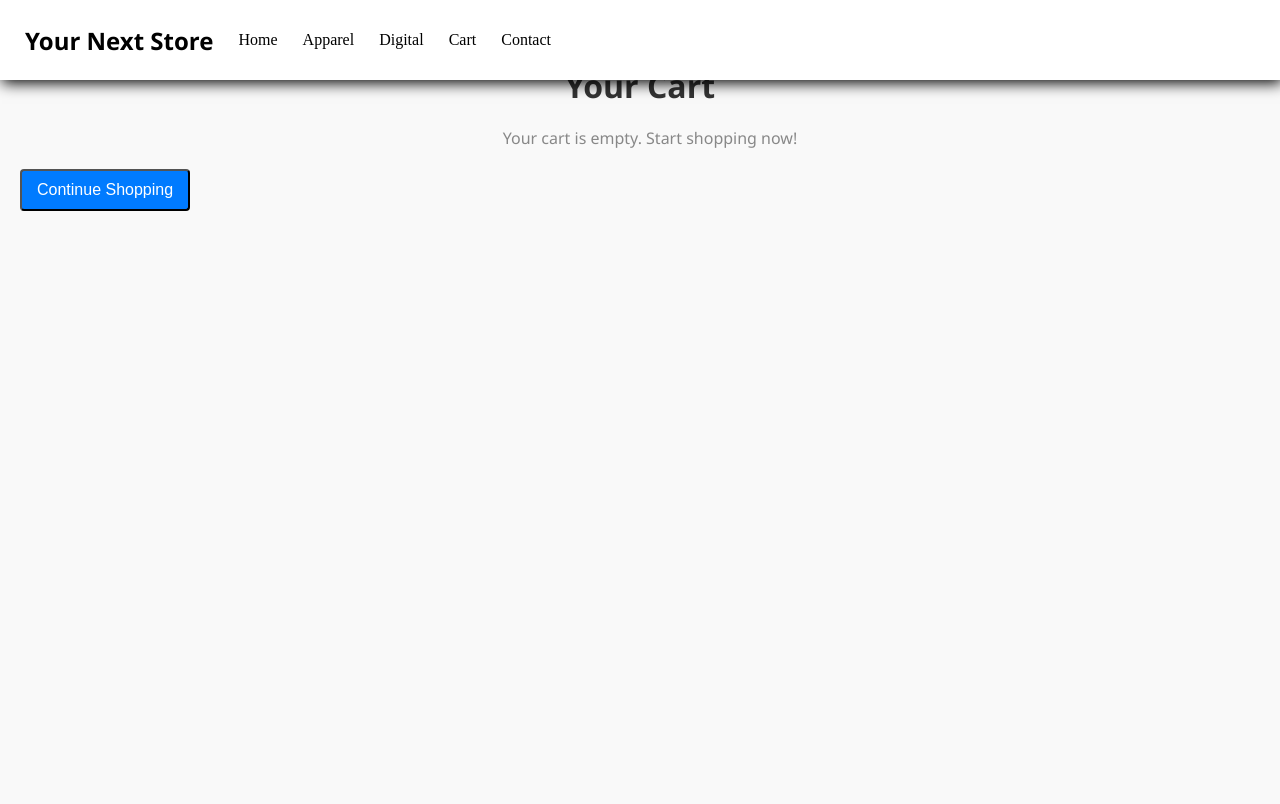
Repository: Sharathguru/React_Project1
Page: /cart
An editor plug-in stored every save of this project. The page is shown before and after the next save, followed by the edit.
The browser window is 1280 px wide. The pictures show the whole page.
The project was rebuilt for these pictures with package versions that can differ from the ones it lists, and the page was loaded fresh each time. Also part of the build but not shown: vite.config.js, src/Component/Main/Main1.jsx, src/Component/Main/Cloud.jsx, src/Component/Home.jsx, src/Component/NavbarComponent/Apparel.jsx, src/Component/NavbarComponent/Digital.jsx, src/Component/Contact.jsx, src/Component/Main/Signup.jsx and 3 more.

Above is the page before, as saved 2025-01-17 10:45:32.

### src/main.jsx
import { StrictMode } from 'react'
import { createRoot } from 'react-dom/client'

import App from './App.jsx'


createRoot(document.getElementById('root')).render(

  <App></App>

)

### src/App.jsx
import React, { useState } from 'react';
import { createBrowserRouter, RouterProvider } from 'react-router-dom';
import Home from './Component/Home';
import Apparel from './Component/NavbarComponent/Apparel';
import Digital from './Component/NavbarComponent/Digital';
import Contact from './Component/Contact';
import Signup from './Component/Main/Signup';
import LoginPage from './Component/Main/LoginPage';
import Cart from './Component/NavbarComponent/Cart';

import './App.css';
import Terms from './Component/Main/Terms';

const App = () => {
  const [cartItems, setCartItems] = useState([]);

  const router = createBrowserRouter([
    {
      path: "/",
      element: <Signup />,
      children: [
        {
          path: "/terms",
          element: <Terms />,
        },
      ],
    },
    {
      path: "/login",
      element: <LoginPage />,
    },
    {
      path: "/home",
      element: <Home />,
    },
    {
      path: "/apparel",
      element: <Apparel cartItems={cartItems} setCartItems={setCartItems} />,
    },
    {
      path: "/digital",
      element: <Digital />,
    },
    {
      path: "/cart",
      element: <Cart cartItems={cartItems} setCartItems={setCartItems} />,
    },
    {
      path: "/contact",
      element: <Contact />,
    },
  ]);

  return (
    <div>
      <RouterProvider router={router} />
    </div>
  );
};

export default App;

### src/Component/NavbarComponent/Cart.jsx
import React, { useState } from "react";
import { Link } from "react-router-dom";

const Cart = ({ cartItems, setCartItems }) => {
  const handleRemoveFromCart = (productId) => {
    const updatedCart = cartItems.filter((item) => item.id !== productId);
    setCartItems(updatedCart);
  };

  const handleIncreaseQuantity = (productId) => {
    const updatedCart = cartItems.map((item) =>
      item.id === productId ? { ...item, quantity: item.quantity + 1 } : item
    );
    setCartItems(updatedCart);
  };

  const handleDecreaseQuantity = (productId) => {
    const updatedCart = cartItems.map((item) =>
      item.id === productId && item.quantity > 1
        ? { ...item, quantity: item.quantity - 1 }
        : item
    );
    setCartItems(updatedCart);
  };

  return (
    <div>
      <div id="navbar">
        <nav id="navbar-items">
          <div id="navbar-title">
            <h1>Your Next Store</h1>
          </div>
          <Link className="link" to="/home">Home</Link>
          <Link className="link" to="/Apparel">Apparel</Link>
          <Link className="link" to="/digital">Digital</Link>
          <Link className="link" to="/cart">Cart</Link>
          <Link className="link" to="/contact">Contact</Link>
        </nav>
      </div>
    <div>
      <div>
        <h4>Item</h4>
      </div>
      <div>
        <h4>Price</h4>
        <h4></h4>
      </div>
    </div>
      <div id="cart-content">
        <h1>Your Cart</h1>
        {cartItems && cartItems.length > 0 ? (
          cartItems.map((item) => (
            <div key={item.id} className="cart-item">
              <img src={item.img} alt={item.name} className="cart-item-image" />
              <div className="cart-item-details">
                <h2>{item.name}</h2>
                <p>Price: {item.price}</p>
                <div>
                  <input type="button" value="-" />
                  <input type="button" value="Add" />

                </div>
                <button
                  className="remove-button"
                  onClick={() => handleRemoveFromCart(item.id)}
                >
                  Remove
                </button>
              </div>
            </div>
          ))
        ) : (
          <p>Your cart is empty. Start shopping now!</p>
        )}
        <Link to="/Apparel">
          <button className="continue-shopping-button">Continue Shopping</button>
        </Link>
      </div>
    </div>
  );
};

export default Cart;

### src/App.css
* {
  margin: 0;
  padding: 0;
}
body
{
    font-family: 'Segoe UI', Tahoma, Geneva, Verdana, sans-serif;
}
#navbar {
    width: 100vw;
    height: 80px;
    background: white;
    box-shadow: 2px 3px 14px black;
    display: flex;
    align-items: center;
    justify-content: space-between;
    position: fixed; /* Change from static to fixed */
    top: 0; /* Ensure it sticks to the top of the viewport */
    z-index: 1000; /* Add z-index to make sure it appears above other content */

  }

#navbar-title h1
{
/* padding-bottom: 10px; */
font-weight: 700;
}

#navbar-items {

  width: 45%;
  display: flex;
  justify-content: space-evenly;
  align-items: center;
}


.link {
  text-decoration: none;
  color: black;
  font-size: 16px;
  font-family: "Times New Roman", Times, serif;
}

.link:hover {
  background: linear-gradient(45deg, black, rgb(232, 145, 4));
  -webkit-background-clip: text;
  background-clip: text;
  color: transparent;
}

#navbar-search {
    margin-right: 25px;
  flex-grow: 1;
  display: flex;
  justify-content: flex-end;
  padding-right: 10px;
  align-items: center;
}

#navbar-search input {
  width: 180px;
  height: 30px;
  border: 1px solid #ccc;
  border-radius: 4px;
  padding: 0 10px;
  font-size: 14px;
}
#navbar-search input::placeholder
{
font-size: 12px;
}

#navbar-search i,
#navbar-search a {
  padding-left: 10px;
  font-size: 16px;
  color: #888;
  cursor: pointer;
  text-decoration: none;
}

#navbar-search a:hover {
  background: linear-gradient(45deg, black, rgb(232, 145, 4));
  -webkit-background-clip: text;
  background-clip: text;
  color: transparent;
}

#navbar-icon i {
  padding-right: 20px;
  font-size: 20px;
  cursor: pointer;
  display: none;
}

#navbar-icon i:hover {
  background: linear-gradient(45deg, black, rgb(232, 145, 4));
  -webkit-background-clip: text;
  background-clip: text;
  color: transparent;
}
#home-part1 {
    background-color: rgb(247, 244, 244);
    margin: 100px 0 0 40px; /* Add top margin to prevent overlapping */
    width: 94vw;
    height: 480px;
    position: relative; /* Change position to relative to avoid sticky conflicts */
    display: flex;
    justify-content: space-evenly;
    align-items: center;
}

#home-part1 p
{
    padding-top: 10px;
    color: rgb(83, 79, 80);
}
#home-part1 button
{
    margin-top: 15px;
    background: rgb(46, 48, 49);
    border: none;
    border-radius: 20px;
    width: 90px;
    height: 30px;
    color: white;
    font-weight: bold;
    cursor: pointer;
}

#home-part1-img img
{
    width: 300px;
}
#home-part2
{

    display: flex;
    justify-content: space-evenly;
    flex-wrap: wrap;
    row-gap: 70px;

}
#cloud {
    background-color: rgb(222, 219, 219);
    margin: 10px 0 10px 0px;
    width: 25.4%;
    height: 340px;
    position: relative;
    border-radius: 10px;

}
#cloud img
{
    /* margin-left: 20px; */
    position: relative;
    left: -30px;
    bottom: 10px;
    right: 85px;
    width: 395px;
    height: 350px;
}
#cloud img:hover
{
opacity: 0.5;
transform: translateY(-10px);
}
#home-part2 h1
{
    /* padding-left: 35px; */
    font-size: 25px;
}
#cloud p:first-child {
    padding-left: 80px;
    font-size: 20px;
}

#home-part2a
{
    margin: 20px 0 0 0;
    width: 94vw;
    display: flex;
    justify-content: space-around;

}
#cloud1 img
{
    width: 500px;
    border-radius: 10px;
}
#cloud1a img
{
    width: 500px;
    border-radius: 10px;
}
#para p
{
    margin-right: 20px;
}
#cloud1:hover , #cloud1a:hover {
    opacity: 0.7;
}



/* Outer container */
#border-down {
  margin-top: 20px;
  background-color: rgb(240, 240, 240);
  height: 220px;
  position: relative;
  width: 100%;
  display: flex; /* Flexbox for alignment */
  justify-content: space-between; /* Space between left and right sections */
  align-items: center;
  padding: 20px;
  box-sizing: border-box;
}

/* Left Section */
#details-product-left {
  display: flex;
  flex-direction: column;
  justify-content: center;
  align-items: flex-start;
}

#details-product-left h1 {
  font-size: 18px;
  margin-bottom: 10px;
}

#details-product-left input {
  padding: 8px;
  border: 1px solid #ccc;
  border-radius: 4px;
  margin-right: 10px;
}

#details-product-left button {
  background-color: #1a202c;
  color: #fff;
  border: none;
  padding: 8px 16px;
  border-radius: 4px;
  cursor: pointer;
}

/* Right Section */
#details-product-right {
  display: flex;
  justify-content: space-between;
  align-items: flex-start;
  gap: 50px; /* Space between Products and Support */
}

#details-Product,
#details-Product1 {
  text-align: left;
}

#details-Product h4,
#details-Product1 h4 {
  font-size: 16px;
  margin-bottom: 10px;
}

#details-Product a,
#details-Product1 a {
  text-decoration: none;
  color: #333;
  font-size: 14px;
}

#details-Product a:hover,
#details-Product1 a:hover {
  text-decoration: underline;
}

/* Outer container */
#border-down {
  margin-top: 20px;
  background-color: rgb(240, 240, 240);
  height: 250px;
  position: relative;
  width: 100%;
  display: flex;
  justify-content: space-between;
  align-items: center;
  padding: 20px;
  box-sizing: border-box;
}

/* Left Section */
#details-product-left {
  display: flex;
  flex-direction: column;
  justify-content: flex-start;
  align-items: flex-start;
  gap: 10px;
}

#details-product-left h1 {
  font-size: 18px;
  margin-bottom: 5px;
}

#details-product-left input {
  padding: 8px;
  border: 1px solid #ccc;
  border-radius: 4px;
  margin-right: 10px;
  width: 250px;
}

#details-product-left button {
  background-color: #1a202c;
  color: #fff;
  border: none;
  padding: 8px 16px;
  border-radius: 10px;
  cursor: pointer;
  margin-top: 10px;
}

/* Right Section */
#details-product-right {
  display: flex;
  justify-content: flex-end;
  align-items: flex-start;
  gap: 50px;
}

#details-Product,
#details-Product1 {
  text-align: left;
}

#details-Product h4,
#details-Product1 h4 {
  font-size: 16px;
  margin-bottom: 10px;
}

#details-Product a,
#details-Product1 a {
  text-decoration: none;
  color: #333;
  font-size: 14px;
}

#details-Product a:hover,
#details-Product1 a:hover {
  text-decoration: underline;
}

/* Footer Section */
#footer {
  /* text-align: center; */
  padding: 15px 0;
  font-size: 14px;
  color: #555;
  background-color: rgb(240, 240, 240);
  border-top: 1px solid #ddd;
}

#footer p {
  margin: 5px 0;
}
#Apparel-heading
{
  padding-top: 10px;
  padding-left: 30px;
}
#Apparel-heading h3
{
font-size: 1.5rem;
}
#Apparel-heading p
{
color: #888;
}

#Apparel-detail {
  margin-top: 20px;
  display: flex;
  justify-content: space-evenly;
  flex-wrap: wrap; /* Ensure items wrap on smaller screens */
  /* gap: 10px;  */
  column-gap: 10px;
  row-gap: 120px;
  width: 100%; /* Ensure container fits within the viewport */
}

.Apparel-items-box {
  margin: 0; /* Remove extra margin */
  border-radius: 10px;
  /* background-color: #9e2626; */
  width: 25%; /* Adjust as needed for layout */
  height: 340px;
  box-sizing: border-box;

}

.Apparel-item-all img {
  width: 315px; /* Scale image to fit its container */
  height: 339px; /* Ensure image stretches to container height */
 border-radius: 20px;
}

.Apparel-item-all img:hover
{
opacity: 0.5;
transform: translateY(-5px);
cursor: pointer;
}

.Apparel-item-all h1
{
 margin: 40px  0 0 0;
font-size: 1.3rem;
text-align: center;
}
.Apparel-item-all p
{
text-align: center;
}

/* Target the 10th Apparel-items-box */
.Apparel-items-box:nth-child(10) {
 margin-right: 63%;
}
#Digital-title h2,p
{
  padding-left: 20px;
}
#Digital-title p
{
color: #888;
}
#Digital-item
{
  display: flex;
  flex-wrap: wrap;
  justify-content: space-evenly;
}

.Digital-item-all
{
  margin: 30px 0 0 30px;

}
.Digital-item-all img
{
  border-radius: 10px;
  width: 370px;
  transform: translateY(-10px);
}
/* General Contact Form Styling */
#contact {
  margin: 40px auto;
  padding: 20px;
  max-width: 600px;
  border: 1px solid #ddd;
  border-radius: 8px;
  background-color: #f9f9f9;
}

#contact-item {
  text-align: center;
}

#contact-item h3 {
  font-size: 24px;
  color: #333;
  margin-bottom: 20px;
}

/* Contact Form Container */
#contact-item-all {
  display: flex;
  flex-direction: column;
  gap: 15px;
}

/* Input and Textarea Styling */
.item-all-contact label {
  font-size: 16px;
  color: #333;
  margin-bottom: 8px;
  text-align: left;
  display: block;
}

.item-all-contact input,
.item-all-contact textarea {
  padding: 10px;
  font-size: 16px;
  width: 100%;
  border: 1px solid #ccc;
  border-radius: 4px;
  margin-bottom: 10px;
  box-sizing: border-box;
}

.item-all-contact input:focus,
.item-all-contact textarea:focus {
  border-color: #6c757d;
  outline: none;
}

/* Button Styling */
button[type="submit"] {
  width: 200px;
  padding: 12px 20px;
  margin-left: 200px;
  font-size: 16px;
  color: #fff;
  background-color: #383534;
  border: none;
  border-radius: 10px;
  cursor: pointer;
  transition: background-color 0.3s ease;
}

button[type="submit"]:hover {
  background-color: #0056b3;
}

.buy-now-button {
  background-color: #ff5722;
  color: white;
  border: none;
  padding: 10px 15px;
  border-radius: 5px;
  font-size: 14px;
  cursor: pointer;
  transition: background-color 0.3s ease, transform 0.2s ease;
}

.buy-now-button:hover {
  background-color: #e64a19;
  transform: scale(1.05);
}

.buy-now-button:active {
  background-color: #d84315;
  transform: scale(1);
}

#already-login
{
 padding: 5px 0 0 60px;
  font-size: 0.43rem;
}
.Login-signup
{
  padding-left: 5px;
  text-decoration: none;
}

#Subscribe-group
{
  position: relative;
  top: 100px;
}


/* Cart Container */
#cart-content {
  padding: 20px;
  background-color: #f9f9f9;
  min-height: 100vh;
}

#cart-content h1 {
  text-align: center;
  font-size: 2rem;
  color: #333;
  margin-bottom: 20px;
}

.cart-item {
  display: flex;
  align-items: center;
  justify-content: space-between;
  background-color: #fff;
  padding: 20px;
  border-radius: 8px;
  margin-bottom: 15px;
  box-shadow: 0 2px 4px rgba(0, 0, 0, 0.1);
}

.cart-item img {
  width: 100px;
  height: 100px;
  /* object-fit: cover; */
  border-radius: 8px;
}

.cart-item-details {
  flex-grow: 1;
  margin-left: 20px;
}

.cart-item-details h2 {
  font-size: 1.2rem;
  color: #333;
}

.cart-item-details p {
  font-size: 1rem;
  color: #555;
}

.remove-button {
  background-color: #ff4d4d;
  color: white;
  border: none;
  padding: 10px 15px;
  cursor: pointer;
  border-radius: 4px;
  transition: background-color 0.3s ease;
}

.remove-button:hover {
  background-color: #e60000;
}

.continue-shopping-button {
  background-color: #007bff;
  color: white;
  padding: 10px 15px;
  text-decoration: none;
  border-radius: 4px;
  font-size: 1rem;
  margin-top: 20px;
  display: inline-block;
  text-align: center;
}

.continue-shopping-button:hover {
  background-color: #0056b3;
}

/* Empty Cart Message */
#cart-content p {
  text-align: center;
  font-size: 1rem;
  color: #888;
  margin-top: 20px;
}




/* Mobile view adjustments */
@media screen and (max-width: 500px) {
  #navbar-items {
    display: none; /* Hide the navbar items */
  }

  #navbar-search {
    display: none; /* Hide the search bar */
  }

  #navbar-icon i {
    display: block; /* Show the icon */
  }
}
@media (max-width: 768px) {
  #contact {
    padding: 15px;
  }

  #contact-item-all {
    gap: 10px;
  }

  button[type="submit"] {
    font-size: 14px;
    padding: 10px 16px;
  }
}

### src/Component/Main/Signup.css
* {
    padding: 0;
    margin: 0;
  }

  #signup-heading {
    width: 100vw;
    height: 100vh;
    border-radius: 20px;
    position: relative;
    display: flex;
    justify-content: space-evenly;
    align-items: center;
    background: linear-gradient(190deg, rgb(243, 235, 235), rgb(237, 147, 147));
    animation: fadeIn 1.5s ease-in-out;
  }
  #signup-details h1
  {
    margin-bottom: 20px;
    text-align: center;

  }
  .signup-group {
    position: relative;
    margin-bottom: 20px;
    animation: slideIn 1.2s ease-in-out;
    margin-left: 30px;
  }

  .signup-group i {
    margin-left: 10px;
    position: absolute;
    transform: translateY(70%);
    color: #555;
    transition: color 0.3s ease;
  }

  .signup-group input[type="text"],
  .signup-group input[type="email"],
  .signup-group input[type="password"] {
    width: 300px;
    padding: 10px 40px;
    border: 1px solid #ddd;
    border-radius: 5px;
    font-size: 16px;
    color: #555;
    outline: none;
    transition: all 0.3s ease;
    box-sizing: border-box;
  }

  .signup-group input[type="text"]:focus,
  .signup-group input[type="email"]:focus,
  .signup-group input[type="password"]:focus {
    border-color: #007bff;
    box-shadow: 0 0 5px rgba(0, 123, 255, 0.5);
  }

  .signup-group input[type="text"]:hover,
  .signup-group input[type="email"]:hover,
  .signup-group input[type="password"]:hover {
    background-color: #f9f9f9;
  }

  .signup-group input[type="text"]:focus + i,
  .signup-group input[type="email"]:focus + i,
  .signup-group input[type="password"]:focus + i {
    color: #007bff;
  }

  #signup-heading img {
    width: 400px;
    border-radius: 20px;
    animation: bounceIn 2s ease-in-out;
  }

  input[type="checkbox"] {

    cursor: pointer;

    margin: 25px 10px 0 0 ;

  }

  input[type="submit"] {
    width: 300px;
    padding: 10px;
    background: #007bff;
    color: #fff;
    border: none;
    border-radius: 5px;
    font-size: 16px;
    cursor: pointer;
    transition: background 0.3s ease;
    animation: zoomIn 1s ease-in-out;
    margin-left: 27px;
  }

  input[type="submit"]:hover {
    background: #0056b3;
  }

  span {
    font-size: 14px;
    color: #555;
  }
#checkbox:hover + span
  {
    font-size: 14px;
    color: black;
  }


  /* Animations */

  @keyframes fadeIn {
    from {
      opacity: 0;
      transform: translateY(-20px);
    }
    to {
      opacity: 1;
      transform: translateY(0);
    }
  }

  @keyframes slideIn {
    from {
      opacity: 0;
      transform: translateX(-20px);
    }
    to {
      opacity: 1;
      transform: translateX(0);
    }
  }

  @keyframes bounceIn {
    10% {
      opacity: 0;
      transform: scale(0.5);
    }
    10% {
      opacity: 1;
      transform: scale(1.2);
    }
    100% {
      transform: scale(1);
    }
  }

  @keyframes zoomIn {
    from {
      transform: scale(0.8);
      opacity: 0;
    }
    to {
      transform: scale(1);
      opacity: 1;
    }
  }

Loaded but not shown: index.html (common file)

After the next save:
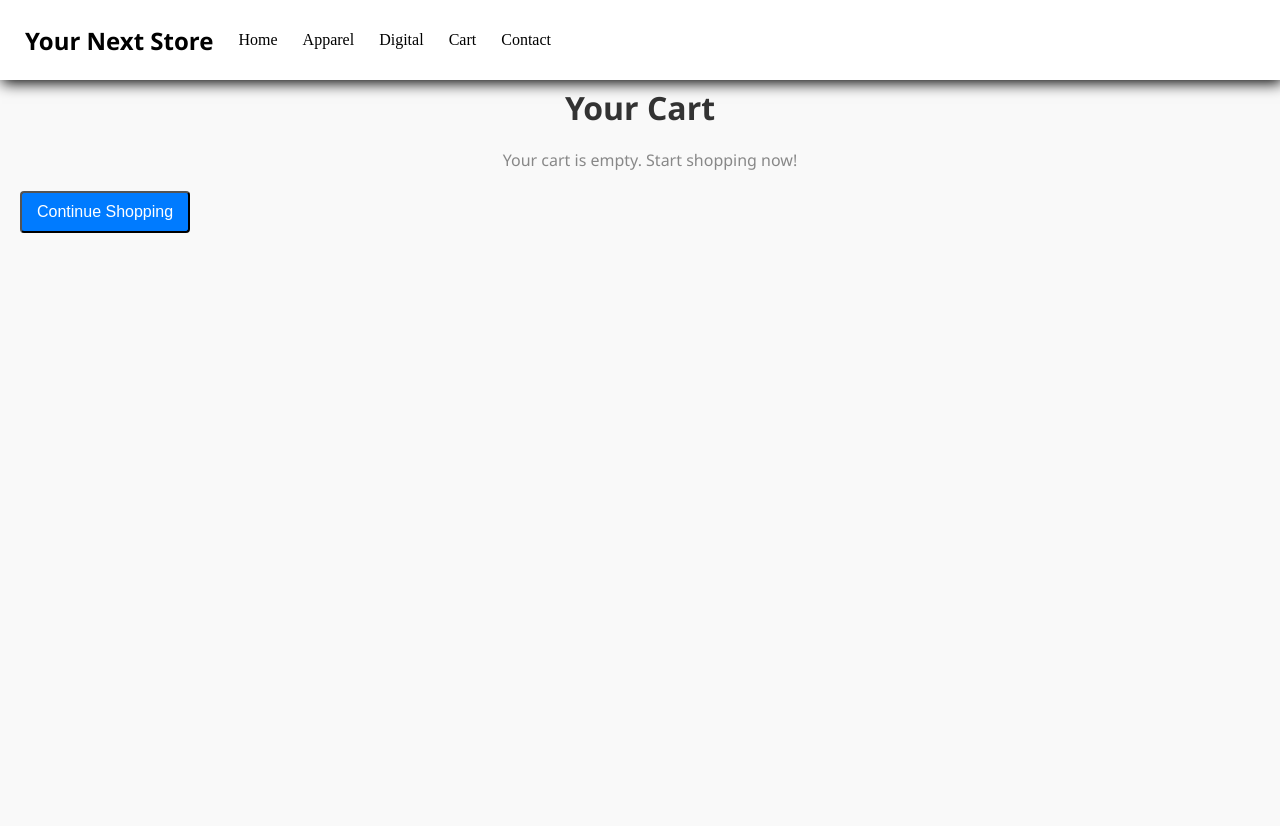
Saved 4 s later.
--- a/src/Component/NavbarComponent/Cart.jsx
+++ b/src/Component/NavbarComponent/Cart.jsx
@@ -43,7 +43,7 @@ const Cart = ({ cartItems, setCartItems }) => {
       </div>
       <div>
         <h4>Price</h4>
-        <h4></h4>
+        <h4>Quantity</h4>
       </div>
     </div>
       <div id="cart-content">
